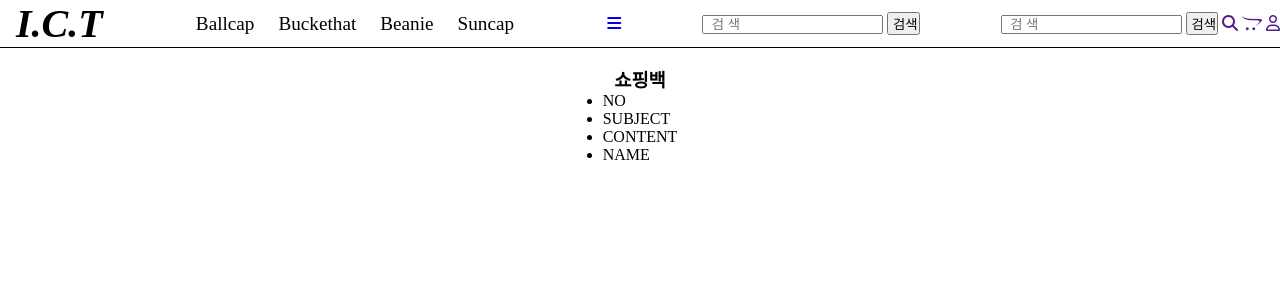
Repository: Developer120000/project1
Page: http://localhost/project1/productpage/q_a.jsp
The author's editor kept a copy of each file at every save. The page is drawn from the files as they stood at one save, then again after the next save.
The browser window is 1280 px wide. The pictures show the whole page.
Some web libraries are served in a nearby version. The page is served by Tomcat 9.

Above is the page before, as saved 2024-03-19 08:20:51.
Console error: SyntaxError: Identifier 'hamburger' has already been declared

After the next save:
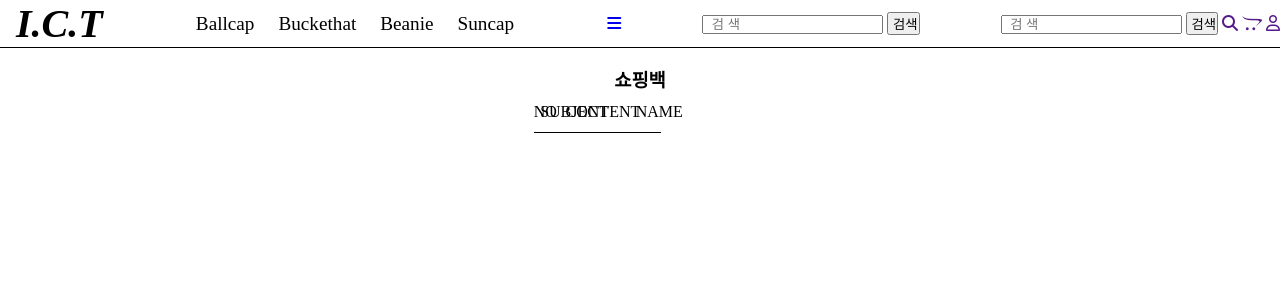
Saved 7 s later.
--- a/project1/src/main/webapp/productpage/q_a.jsp
+++ b/project1/src/main/webapp/productpage/q_a.jsp
@@ -16,7 +16,7 @@
 		<div class="qwrapper">
 			<h3 class="Q & A">쇼핑백</h3>
 			<form action="" class="qaf">
-				<ul class="qa">
+				<ul class="qau">
 					<li class="qa1">NO</li>
 					<li class="qa1">SUBJECT</li>
 					<li class="qa1">CONTENT</li>
